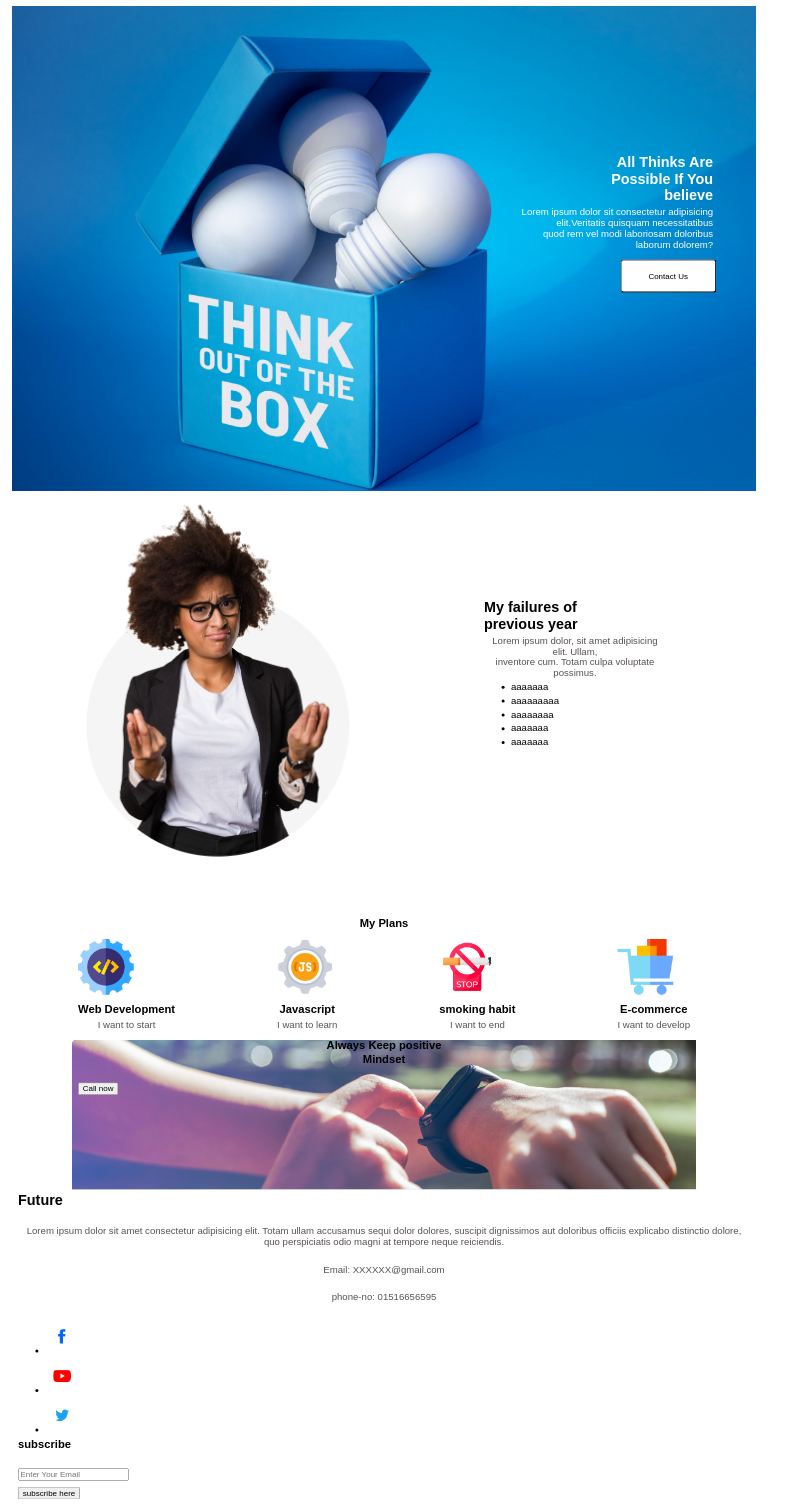
Repository: sadiaafsana138/All-Thinks-Are-Possible-Website
Page: index.html
An editor plug-in stored every save of this project. The page is shown before and after the next save, followed by the edit.
The browser window is 1280 px wide. The page is 1344 px wide, so the pictures cover 1344 px, including what lies to the right of the window. The pictures show the whole page, at 60% of full size.

Above is the page before, as saved 2023-01-08 11:38:14.

### index.html
<!DOCTYPE html>
<html lang="en">

<head>
    <meta charset="UTF-8">
    <meta http-equiv="X-UA-Compatible" content="IE=edge">
    <meta name="viewport" content="width=device-width, initial-scale=1.0">
    <title>First Website</title>
    <link rel="stylesheet" href="styles/web.css">
</head>

<body>
    <!-- header -->
    <header>
        <section class="section1">
            <div>
                <h1 id="head-text1">
                    All Thinks Are<br>Possible If You<br>believe
                </h1>
                <p id="head-text2" >Lorem ipsum dolor sit consectetur adipisicing<br>elit.Veritatis quisquam necessitatibus <br>quod rem vel modi laboriosam doloribus<br>laborum dolorem?
                </p>
                <button id="button1">
                    Contact Us
                </button>
            </div>
        </section>
    </header>
    <main>
        <!--second section-->
        <section class="section2">
            <div id="sec2details">
                <img id="sec2img" src="images/person.png" alt="person">
                <div id="sec2text">
                    <h2>
                        My failures of <br>
                        previous year
                    </h2>
                    <p>
                        Lorem ipsum dolor, sit amet adipisicing
                        elit. Ullam,<br> inventore cum. Totam culpa voluptate possimus.
                    </p>
                    <ul>
                        <li>aaaaaaa</li>
                        <li>aaaaaaaaa</li>
                        <li>aaaaaaaa</li>
                        <li>aaaaaaa</li>
                        <li>aaaaaaa</li>
                    </ul>
                </div>
            </div>
        </section>

        <!--section 3-->
        <section class="section3">
            <h3>
                My Plans
            </h3>
            <div id="sec3details" >

                <div>
                    <img src="images/icons/web.png" alt="" class="center"><br>
                    <H3>Web Development</H3>
                    <p>I want to start</p>
                </div>
                <div>
                    <img src="images/icons/js.png" alt="" class="center"><br>
                    <H3>Javascript</H3>
                    <p>I want to learn</p>
                </div>
                <div>
                    <img src="images/icons/smoke.png" alt="" class="center"><br>
                    <H3>smoking habit</H3>
                    <p>I want to end</p>
                </div>
                <div>
                    <img src="images/icons/ecom.png" alt="" class="center"><br>
                    <H3>E-commerce</H3>
                    <p>I want to develop</p>
                </div>
            </div>
            <div id="mindset">

                <div id="mindsetxt">
                    <h3 >Always Keep positive
                        <br>Mindset</h3><br>
                    <button id="button2">Call now</button>
                </div>
            </div>
        </section>

    </main>
    <footer>
        <Section>
            <div>
                <h2>Future</h2><br>
                <p>Lorem ipsum dolor sit amet consectetur adipisicing elit. Totam ullam accusamus sequi dolor dolores,
                    suscipit dignissimos aut doloribus officiis explicabo distinctio dolore, quo perspiciatis odio magni
                    at tempore neque reiciendis.
                </p><br>
                <p>Email: XXXXXX@gmail.com</p><br>
                <P>phone-no: 01516656595</P><br>
                <ul>
                    <li><img src="images/icons/fb.png" alt=""></li>
                    <li><img src="images/icons/youtube.png" alt=""></li>
                    <li><img src="images/icons/twitter.png" alt=""></li>
                </ul>
            </div>
            <div>
                <h3>subscribe</h3><br>
                <input type="email" placeholder="Enter Your Email"><br>
                <button>subscribe here</button>
            </div>
        </Section>
    </footer>
</body>

</html>

### styles/web.css
*{
margin: 5px 5px ;
font-family: Arial, Helvetica, sans-serif;
}
.section1{
    background-image:url(../images/banner/banner3.png);
    height: 808px;
    width:cover;
    background-repeat: no-repeat;
    background-color: blue;

}
#head-text1{
    color: white;
    padding-left: 50% ;
    padding-right:5%;
    padding-top: 20%;
    text-align: right;
    Font-style: Bold;
}
#head-text2{
    color: white;
    padding-left: 50% ;
    padding-right:5%;
    text-align: right;
}
#button1{
    margin-top: 10px;
    width: 160px;
    height: 56px;
    left: 640px;
    top: 438px;
    text-align: center;
    align-items: right;
    background: white;
    border-radius: 5px;
    margin-right: 150px;
    margin-left: 82%;
    align-content: right;
}
#sec2details{
    display: flex;
    width: 1000px;
    height: 700px;
    margin-left: 100px;
    margin-right: 100px;
}
#sec2img{
    align-items: center;

    margin-bottom:20%;
    height: 600px;
    width: 500px;
}
#sec2text{
        text-align: justify;
        margin-left: 20%;
        margin-top: 17%;
        margin-bottom: 20%;
}
.section3 h3,p{
   text-align: center;
}
p{
    color:rgb(88, 81, 81)
}
#sec3details{
    display: flex;
    justify-content: space-between;
    margin-left: 100px;
    margin-right: 100px;
}
#mindset{
    margin-left: 100px;
    margin-right: 100px;
    background-image: url(../images/gradient1.png) ,url(../images/watch.png);
    background-repeat: no-repeat, repeat;
    background-blend-mode: lighten;
    height: 250px;
}
#mindsetxt{
    text-align: left;
}

After the next save:
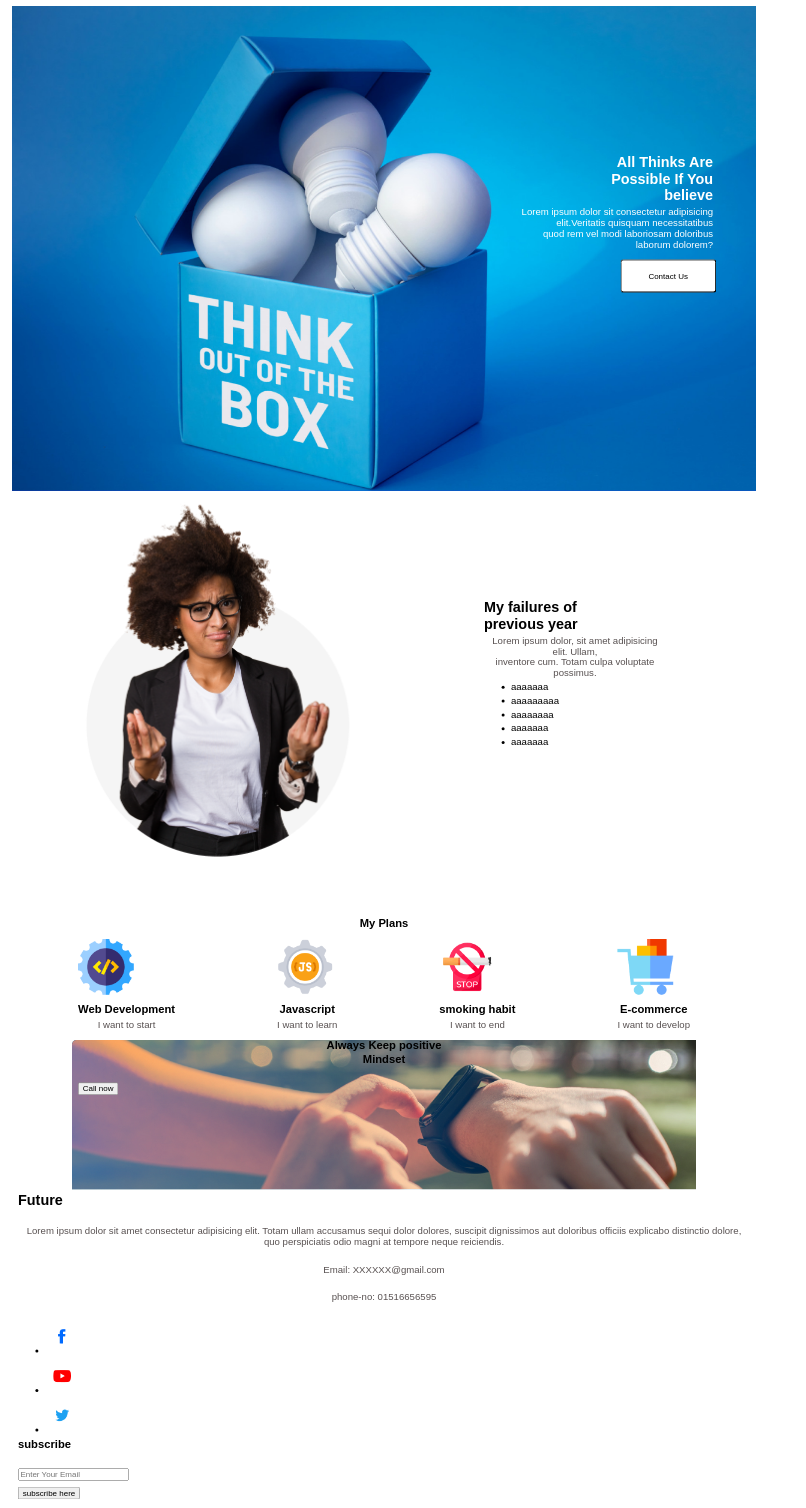
Saved 72 s later.
--- a/styles/web.css
+++ b/styles/web.css
@@ -75,7 +75,7 @@
     margin-right: 100px;
     background-image: url(../images/gradient1.png) ,url(../images/watch.png);
     background-repeat: no-repeat, repeat;
-    background-blend-mode: lighten;
+    background-blend-mode:exclusion;
     height: 250px;
 }
 #mindsetxt{

After the save that followed:
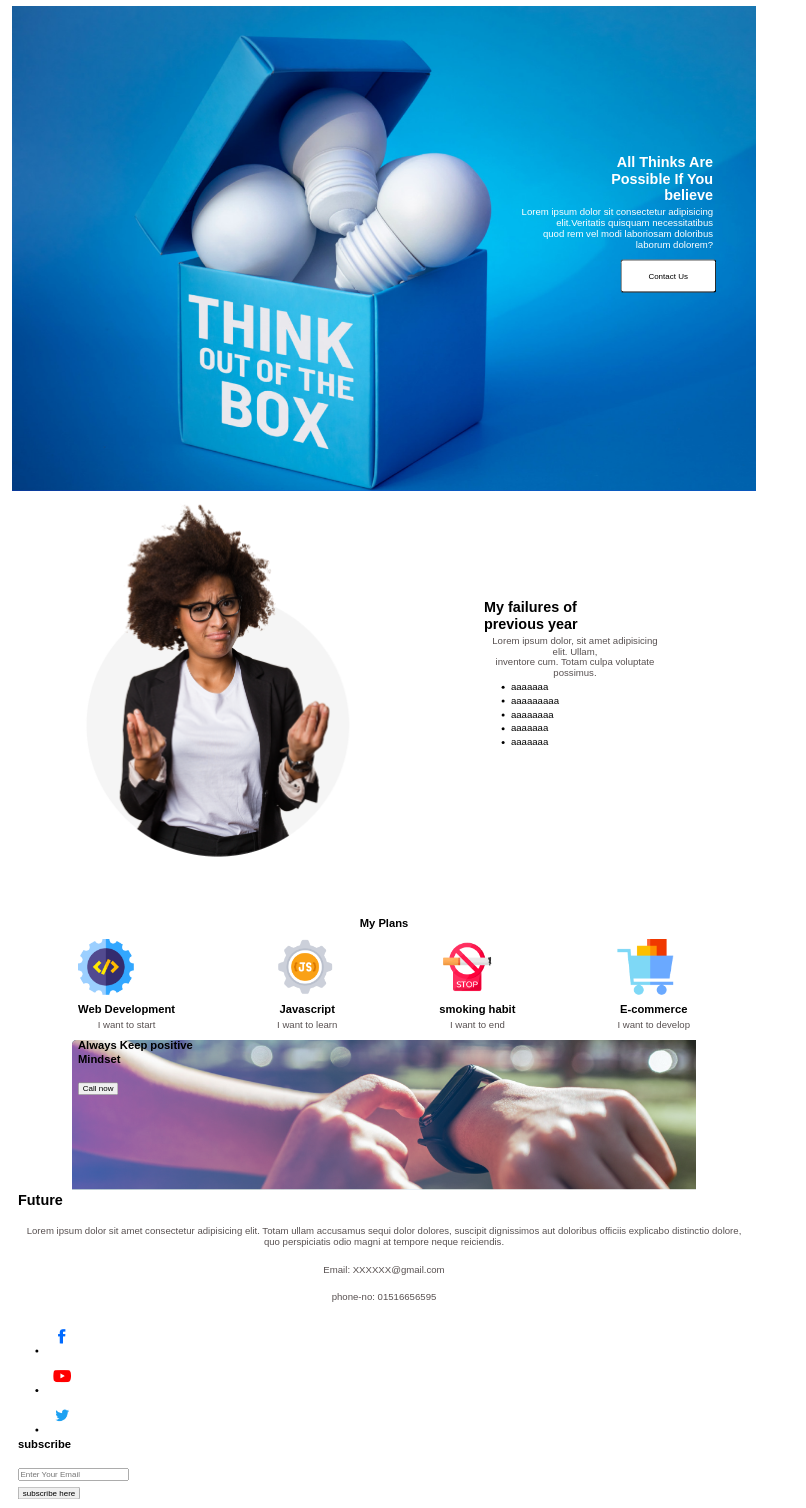
Saved 2 min 17 s later.
--- a/styles/web.css
+++ b/styles/web.css
@@ -75,9 +75,9 @@
     margin-right: 100px;
     background-image: url(../images/gradient1.png) ,url(../images/watch.png);
     background-repeat: no-repeat, repeat;
-    background-blend-mode:exclusion;
+    background-blend-mode:lighten;
     height: 250px;
 }
-#mindsetxt{
+#mindsetxt h3{
     text-align: left;
 }
